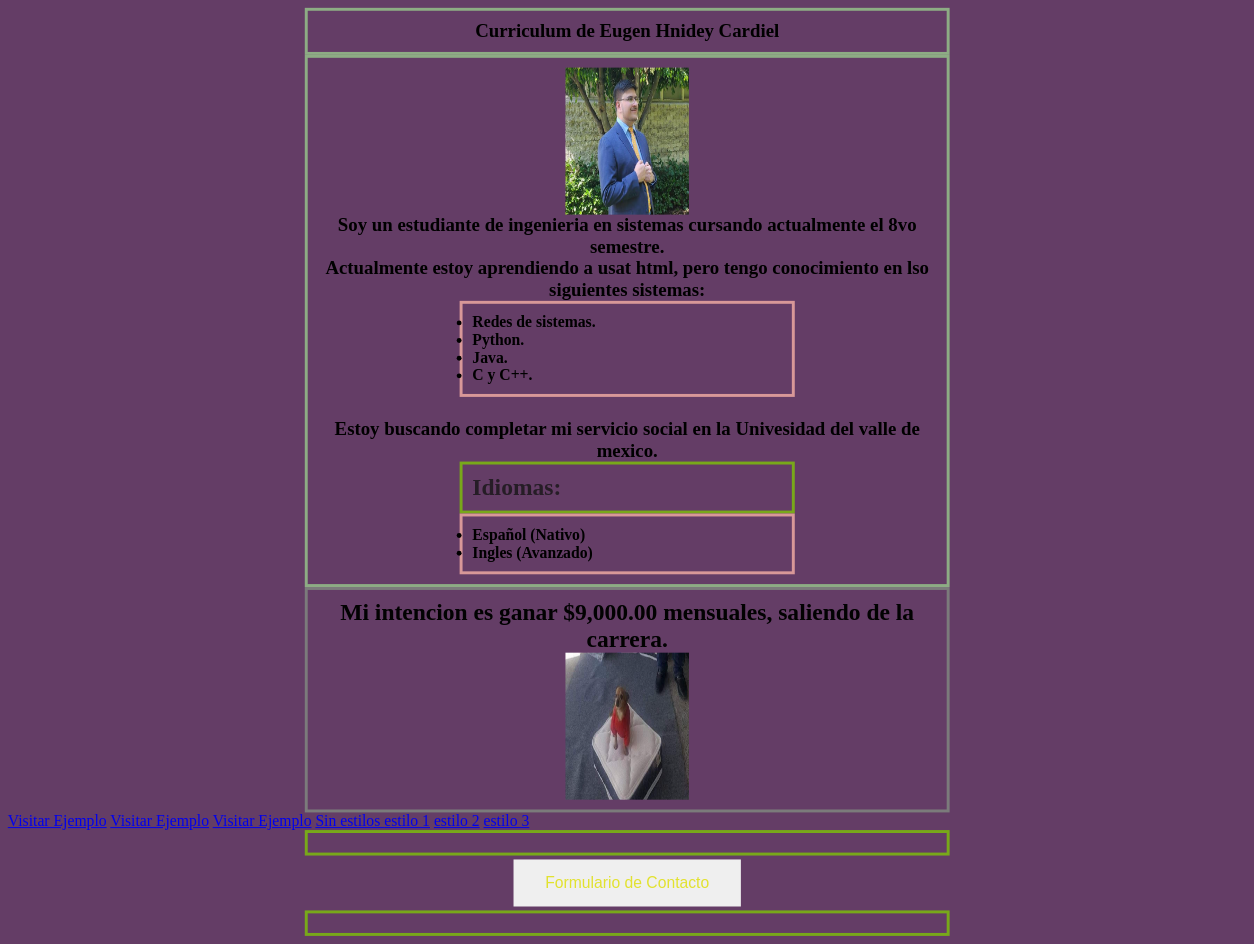
Repository: UVMCoyoacan/VEFY
Page: indexEugen.html
The author's editor kept a copy of each file at every save. The page is drawn from the files as they stood at one save, then again after the next save.
The browser window is 1280 px wide. The pictures show the whole page, at 98% of full size.

Above is the page before, as saved 2024-02-28 20:26:42.

After the next save:
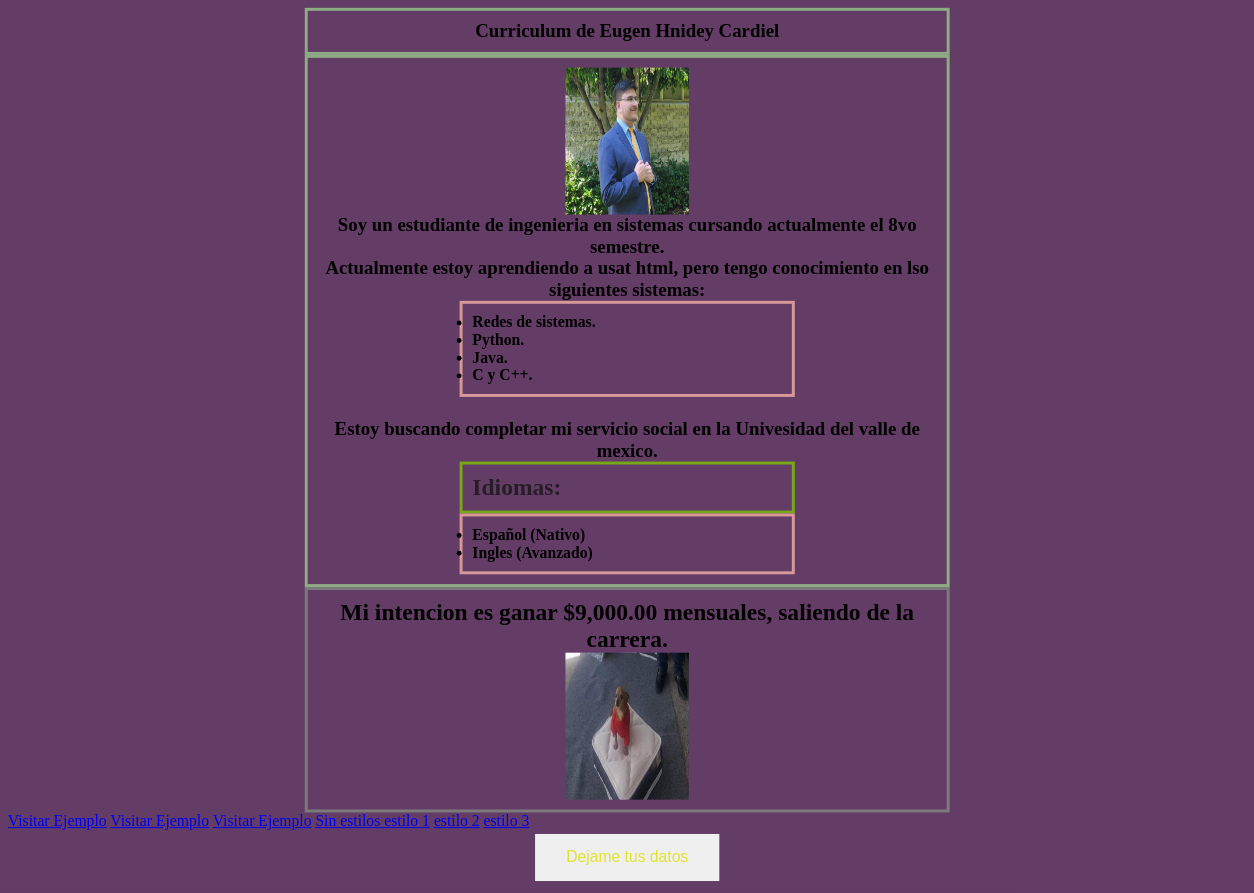
Not found: xEugen.j
Saved 17 s later.
--- a/indexEugen.html
+++ b/indexEugen.html
@@ -3,6 +3,7 @@
     <head>
         <title> Curriculum Eugen Hnidey Cardiel </title>
         <link rel="stylesheet" href="estilo4.css"/>
+        <meta charset="utf-8" />
 
     </head>
     <body>
@@ -42,13 +43,11 @@
             <a onclick="activarEstilos(0)" href="#">estilo 1</a>
             <a onclick="activarEstilos(1)" href="#">estilo 2</a>
             <a onclick="activarEstilos(2)" href="#">estilo 3 </a>
-        <script src="cod.js">  </script>
+        <script src="xEugen.j">  </script>
 
-        <p>
             <div>
-                <button onclick="redirigirFormCV()"> Formulario de Contacto  </button>
+                <button>Dejame tus datos  </button>
 
                </div>
-           </p>
     </body>
 </html>
